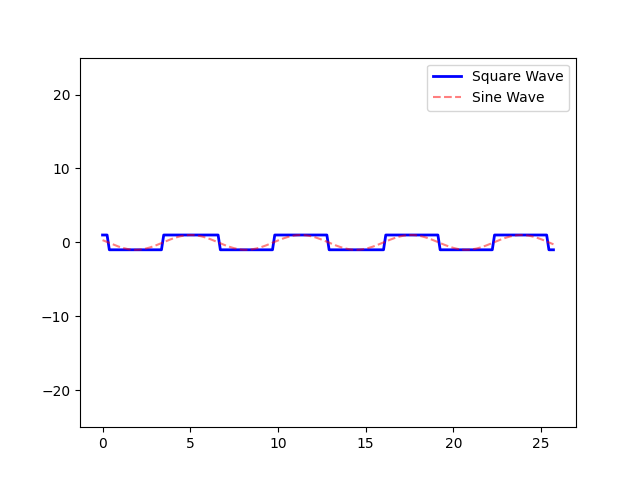
Repository: khulqu15/drone_smc_copppelia
Script's output: python py/realtime.py
The author's editor kept a copy of each file at every save. The script's output is drawn from the files as they stood at one save, then again after the next save.
Animations are shown at an early frame. Random numbers start from a fixed seed.

Above is the script's output before, as saved 2024-06-24 00:55:56.

### py/realtime.py
import numpy as np
import matplotlib.pyplot as plt

# Initialize parameters and plot
x_len = 200
y_range = [-25, 25]
xs = np.linspace(0, 5 * np.pi + 10, x_len)
ys = np.sin(xs)
square_ys = np.sign(ys)

plt.ion()  # Turn on interactive mode
fig, ax = plt.subplots()
ax.set_ylim(y_range)

line, = ax.plot(xs, square_ys, 'b-', linewidth=2, label='Square Wave')
sine_line, = ax.plot(xs, ys, 'r--', alpha=0.5, label='Sine Wave')
ax.legend()

frame = 0
try:
    while True:
        ys = np.sin(xs + frame * np.pi / 10)
        square_ys = np.sign(ys)

        line.set_ydata(square_ys)
        sine_line.set_ydata(ys)

        fig.canvas.draw()
        fig.canvas.flush_events()
        plt.pause(0.05)  # Pause for a bit, to control the update rate

        frame += 1
except KeyboardInterrupt:
    print("Stopped animation.")

After the next save:
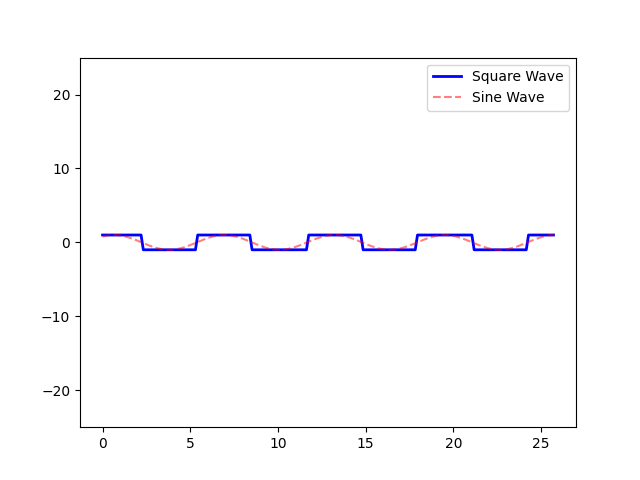
Saved 23 s later.
--- a/py/realtime.py
+++ b/py/realtime.py
@@ -19,7 +19,7 @@ ax.legend()
 frame = 0
 try:
     while True:
-        ys = np.sin(xs + frame * np.pi / 10)
+        ys = np.sin(xs + frame * np.pi / 100)
         square_ys = np.sign(ys)
 
         line.set_ydata(square_ys)
